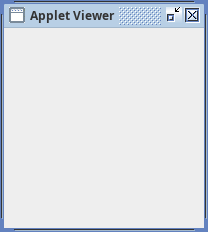
Repository: raul-villalva/laboratorio_2013
Program's window: java Practica4/src/PrimerApplet.java
The author's editor kept a copy of each file at every save. The program's window is drawn from the files as they stood at one save, then again after the next save.
It runs on Java 21 on a 1366 x 768 screen with the Metal look.

Above is the program's window before, as saved 2013-09-26 14:28:30.

After the next save:
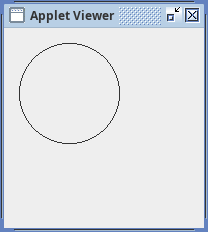
Saved 64 min 10 s later.
--- a/Practica4/src/PrimerApplet.java
+++ b/Practica4/src/PrimerApplet.java
@@ -10,7 +10,7 @@
 	private static final long serialVersionUID = 1L;
 
 	public void paint(Graphics g){
-
+	   g.drawOval(15, 15, 100, 100);
 	}
 
     public void start(){
